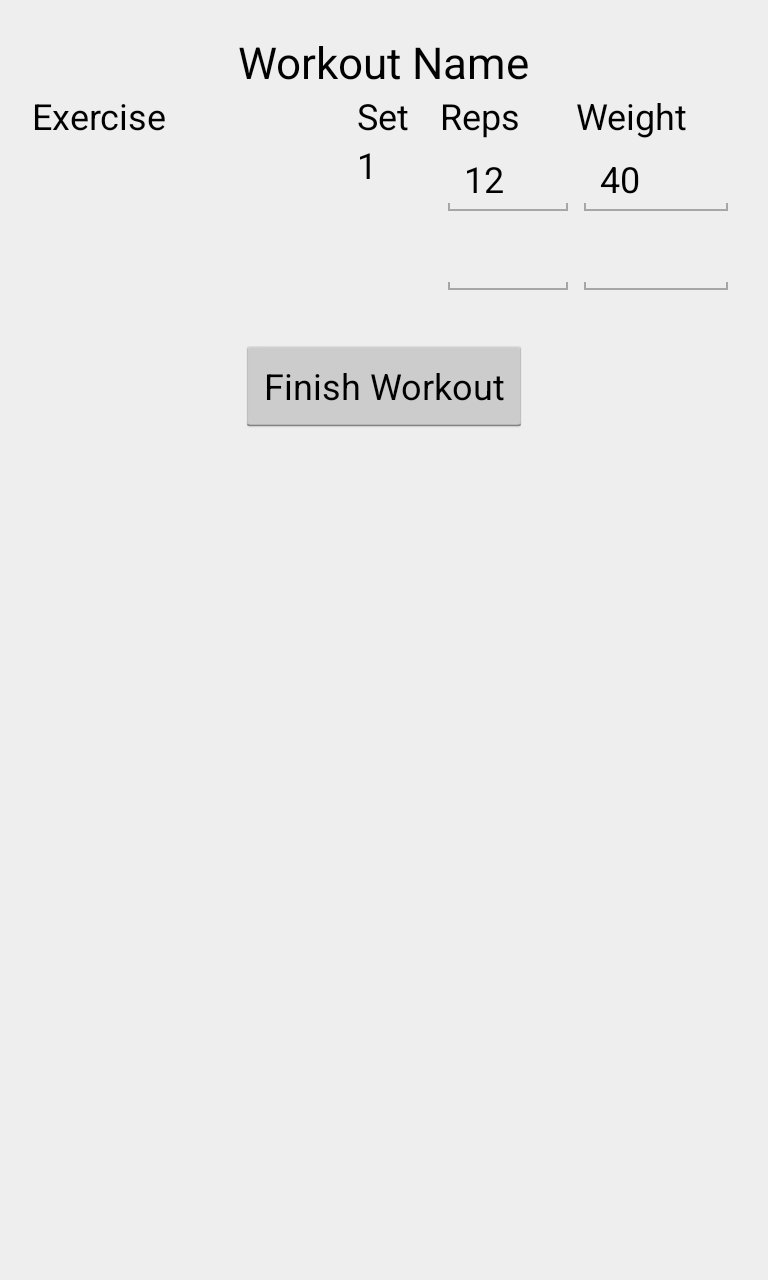
Repository: jmcdon09/EZWorkout
Layout: EzTrain/EzTrain/res/layout/activity_active_workout.xml
The author's editor kept a copy of each file at every save. The layout is drawn from the files as they stood at one save, then again after the next save.
It is drawn on a 768 x 1280 px phone screen (xhdpi) without system bars, with theme AppTheme; the app's code is not run.

Above is the layout before, as saved 2014-03-30 14:23:23.

After the next save:
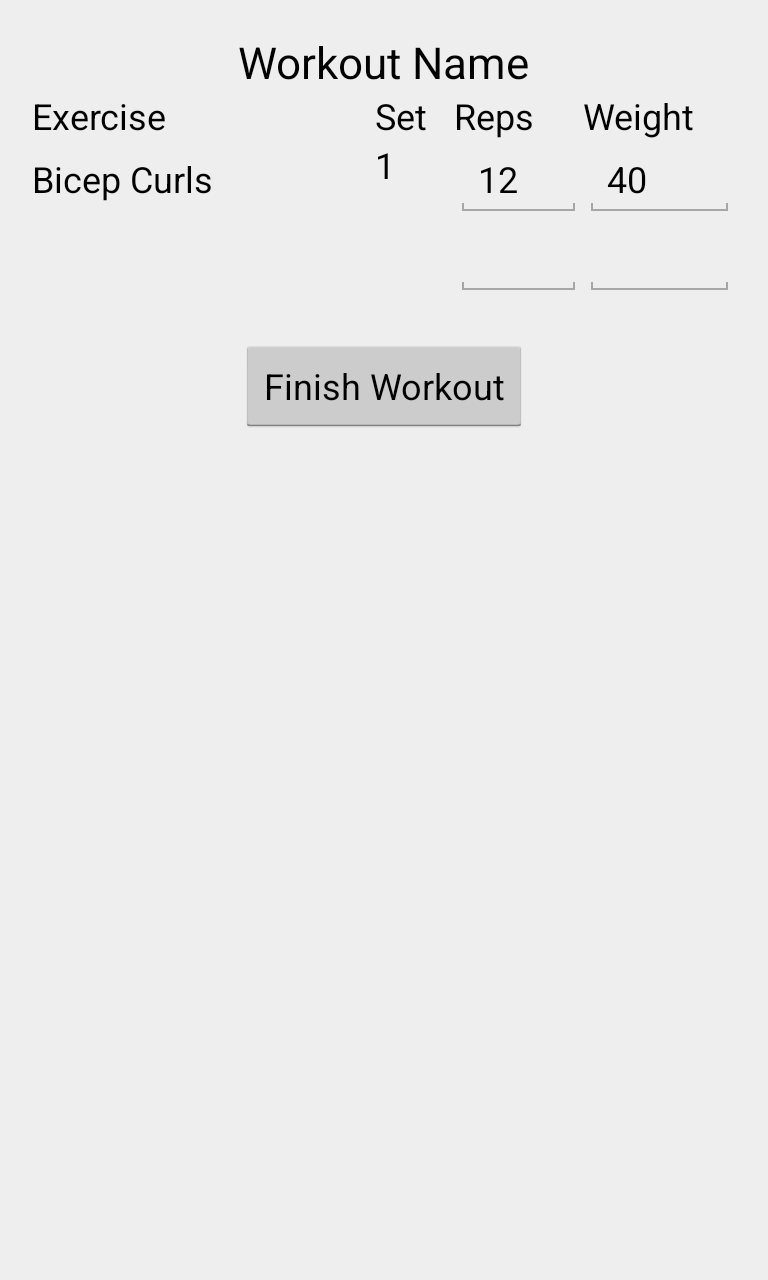
Saved 53 s later.
--- a/EzTrain/EzTrain/res/layout/activity_active_workout.xml
+++ b/EzTrain/EzTrain/res/layout/activity_active_workout.xml
@@ -69,6 +69,7 @@
                     android:layout_width="fill_parent"
                     android:layout_height="wrap_content"
                     android:layout_weight="60"
+                    android:text="Bicep Curls"
                     android:textAppearance="?android:attr/textAppearanceMedium" />
 
                 <TextView android:id="@+id/set1"
